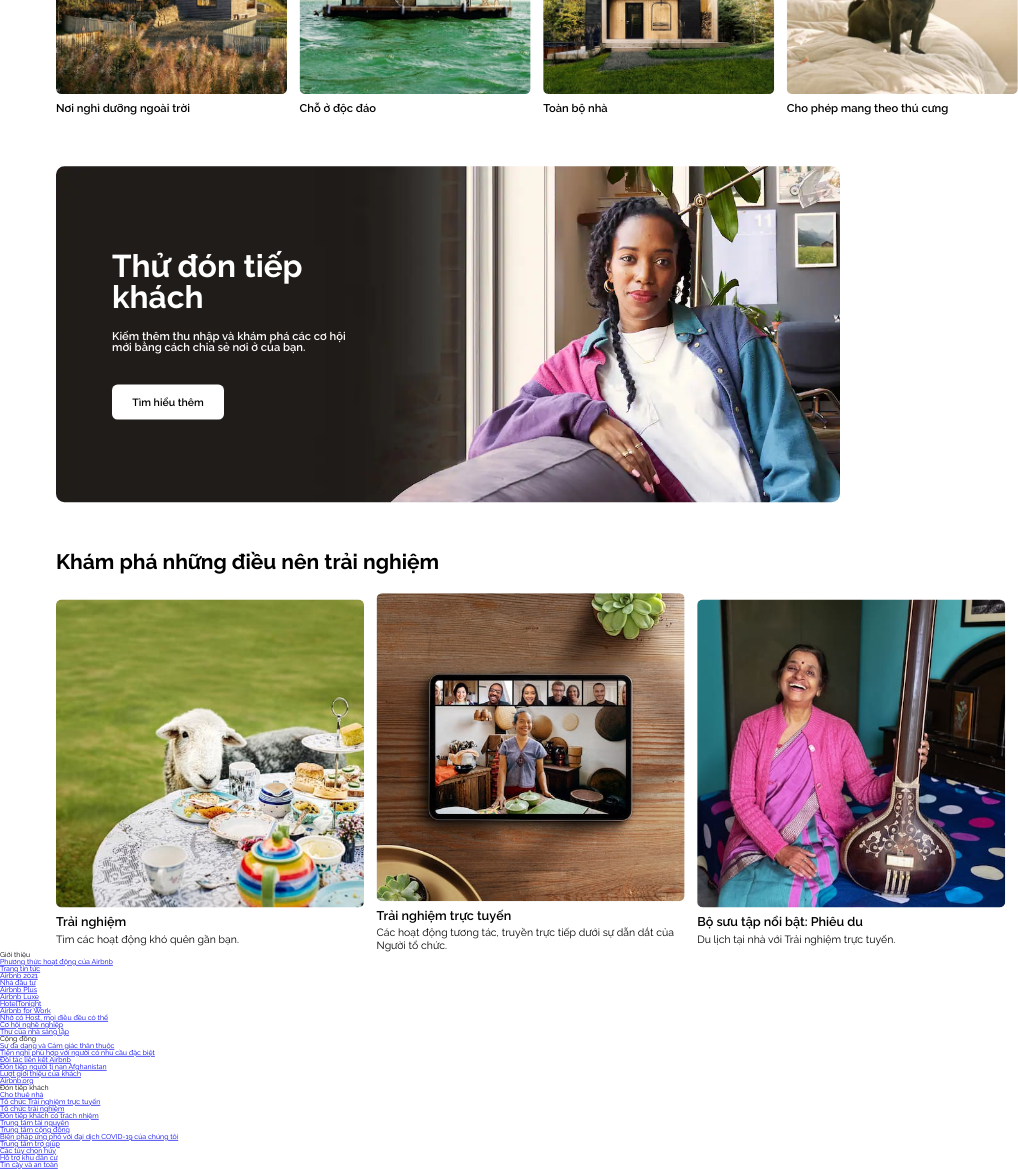
Repository: vanntrong/airbnb-clone
Page: index.html
These files come from the project's save history. The page is drawn as it stood at one moment and after the next save; the edit follows.
The browser window is 1280 px wide. The page is 1454 px wide, so the pictures cover 1454 px, including what lies to the right of the window. The pictures show the part of the page from y = 978 to 2658 px (the page is 2648 px tall before and 2658 px after), at 70% of full size.

Above is the page before, as saved 2021-09-23 16:46:17.

### index.html
<!DOCTYPE html>
<html lang="en">
  <head>
    <meta charset="UTF-8" />
    <meta http-equiv="X-UA-Compatible" content="IE=edge" />
    <meta name="viewport" content="width=device-width, initial-scale=1.0" />
    <title>AirBnB</title>
    <link href="https://fonts.googleapis.com/css2?family=Material+Icons" rel="stylesheet" />
    <link rel="preconnect" href="https://fonts.googleapis.com" />
    <link rel="preconnect" href="https://fonts.gstatic.com" crossorigin />
    <link rel="preconnect" href="https://fonts.googleapis.com" />
    <link rel="preconnect" href="https://fonts.gstatic.com" crossorigin />
    <link
      href="https://fonts.googleapis.com/css2?family=Raleway:wght@200;300;400;500;600;700&display=swap"
      rel="stylesheet"
    />
    <link href="https://fonts.googleapis.com/css2?family=Material+Icons+Outlined" rel="stylesheet" />
    <link href="https://fonts.googleapis.com/css2?family=Material+Icons+Round" rel="stylesheet" />
    <link href="https://fonts.googleapis.com/css2?family=Material+Icons+Sharp" rel="stylesheet" />
    <link href="https://fonts.googleapis.com/css2?family=Material+Icons+Two+Tone" rel="stylesheet" />
    <link rel="stylesheet" href="./assets/css/reset.css" />
    <link rel="stylesheet" href="./assets/css/base.css" />
    <link rel="stylesheet" href="./assets/css/style.css" />
  </head>
  <body>
    <header class="header">
      <div class="header__covid">
        <a href="https://covid19.gov.vn/">Nhận thông tin mới nhất về biện pháp ứng phó COVID-19 của chúng tôi</a>
      </div>
      <div class="header__container">
        <nav class="header__nav">
          <div class="header__logo">
            <a href="" class="header__logo-link">
              <img src="./assets/images/logo.png" alt="Logo AirBnb" class="header__logo-img" />
              <span class="header__logo-name">airbnb</span>
            </a>
          </div>
          <div class="header__exp">
            <ul class="header__exp-list">
              <li class="header__exp-item">
                <div class="header-exp-link active">Nơi ở</div>
              </li>
              <li class="header__exp-item">
                <div class="header-exp-link">Trải nghiệm</div>
              </li>
              <li class="header__exp-item">
                <div class="header-exp-link">Trải nghiệm trực tuyến</div>
              </li>
            </ul>
          </div>
          <div class="header__user">
            <div class="header__user-register">
              <span>Trở thành chủ nhà</span>
            </div>
            <div class="header__user-language">
              <span class="material-icons-outlined"> language </span>
            </div>
            <div class="header__user-menu">
              <span class="material-icons-outlined header__user-icon"> menu </span>
              <img src="./assets/images/user-avatar.png" class="header__user-avatar" />
            </div>
          </div>
        </nav>

        <div class="header__search">
          <div class="header__search-place">
            <h4 class="header__search-text">Địa điểm</h4>
            <input type="text" placeholder="Bạn sắp đi đâu ?" class="header__search-input" />
          </div>
          <div class="header__search-room">
            <h4 class="header__search-text">Nhận phòng</h4>
            <p class="header__add-date">Thêm ngày</p>
          </div>
          <div class="header__search-room">
            <h4 class="header__search-text">Trả phòng</h4>
            <p class="header__add-date">Thêm ngày</p>
          </div>
          <div class="header__search-guest">
            <div class="header__search-wrapper">
              <h4 class="header__search-text">Khách</h4>
              <p class="header__add-date">Thêm khách</p>
            </div>
            <div class="header-guest-search">
              <span class="material-icons-outlined"> search </span>
              <!-- <p class="header-guest-text">Tìm kiếm</p> -->
            </div>
          </div>
        </div>

        <div class="header__title">
          <h2 class="header__title-text">Bạn chưa biết nên đi đâu? Tuyệt!</h2>
          <div class="header__title-btn"><span>Tìm kiếm linh hoạt</span></div>
        </div>
      </div>
    </header>
    <div class="banner">
      <h2 class="banner__heading">Ở bất cứ đâu</h2>
      <div class="banner__container">
        <ul class="banner__list">
          <li class="banner__item">
            <img src="./assets/images/banner/banner1.png" class="banner__item-img" />
            <span class="banner__item-text">Nơi nghỉ dưỡng ngoài trời</span>
          </li>
          <li class="banner__item">
            <img src="./assets/images/banner/banner2.png" class="banner__item-img" />
            <span class="banner__item-text">Chỗ ở độc đáo</span>
          </li>
          <li class="banner__item">
            <img src="./assets/images/banner/banner3.png" class="banner__item-img" />
            <span class="banner__item-text">Toàn bộ nhà</span>
          </li>
          <li class="banner__item">
            <img src="./assets/images/banner/banner4.png" class="banner__item-img" />
            <span class="banner__item-text">Cho phép mang theo thú cưng</span>
          </li>
        </ul>
      </div>
    </div>
    <div class="container">
      <div class="container__top">
        <div class="container__top-title">
          <h2 class="container-title-heading">Thử đón tiếp khách</h2>
          <p class="container-title-text">
            Kiếm thêm thu nhập và khám phá các cơ hội mới bằng cách chia sẻ nơi ở của bạn.
          </p>
          <div class="container-title-btn"><span>Tìm hiểu thêm</span></div>
        </div>
      </div>
      <div class="container__bottom">
        <h2 class="container__bottom-heading">Khám phá những điều nên trải nghiệm</h2>
        <ul class="container__bottom-list">
          <li class="container__bottom-item">
            <img src="./assets/images/container/container__item-1.png" class="container__item-img" />
            <h4 class="container__item-heading">Trải nghiệm</h4>
            <p class="container__item-text">Tìm các hoạt động khó quên gần bạn.</p>
          </li>
          <li class="container__bottom-item">
            <img src="./assets/images/container/container__item-2.png" class="container__item-img" />
            <h4 class="container__item-heading">Trải nghiệm trực tuyến</h4>
            <p class="container__item-text">
              Các hoạt động tương tác, truyền trực tiếp dưới sự dẫn dắt của Người tổ chức.
            </p>
          </li>
          <li class="container__bottom-item">
            <img src="./assets/images/container/container__item-3.png" class="container__item-img" />
            <h4 class="container__item-heading">Bộ sưu tập nổi bật: Phiêu du</h4>
            <p class="container__item-text">Du lịch tại nhà với Trải nghiệm trực tuyến.</p>
          </li>
        </ul>
      </div>
    </div>
    <footer class="footer">
      <div class="footer__top">
        <ul class="footer__top-list">
          <span>Giới thiệu</span>
          <li class="footer__top-item"><a href="#">Phương thức hoạt động của Airbnb</a></li>
          <li class="footer__top-item"><a href="#">Trang tin tức</a></li>
          <li class="footer__top-item"><a href="#">Airbnb 2021</a></li>
          <li class="footer__top-item"><a href="#">Nhà đầu tư</a></li>
          <li class="footer__top-item"><a href="#">Airbnb Plus</a></li>
          <li class="footer__top-item"><a href="#">Airbnb Luxe</a></li>
          <li class="footer__top-item"><a href="#">HotelTonight</a></li>
          <li class="footer__top-item"><a href="#">Airbnb for Work</a></li>
          <li class="footer__top-item"><a href="#">Nhờ có Host, mọi điều đều có thể</a></li>
          <li class="footer__top-item"><a href="#">Cơ hội nghề nghiệp</a></li>
          <li class="footer__top-item">
            <a href="#">Thư của nhà sáng lập</a>
          </li>
        </ul>
        <ul class="footer__top-list">
          <span>Cộng đồng</span>
          <li class="footer__top-item">
            <a href="#" class="footer__item-link">Sự đa dạng và Cảm giác thân thuộc</a>
          </li>
          <li class="footer__top-item">
            <a href="#" class="footer__item-link">Tiện nghi phù hợp với người có nhu cầu đặc biệt</a>
          </li>
          <li class="footer__top-item">
            <a href="#" class="footer__item-link">Đối tác liên kết Airbnb</a>
          </li>
          <li class="footer__top-item">
            <a href="#" class="footer__item-link">Đón tiếp người tị nạn Afghanistan</a>
          </li>
          <li class="footer__top-item">
            <a href="#" class="footer__item-link">Lượt giới thiệu của khách</a>
          </li>
          <li class="footer__top-item">
            <a href="#" class="footer__item-link">Airbnb.org</a>
          </li>
        </ul>
        <ul class="footer__top-list">
          <span>Đón tiếp khách</span>
          <li class="footer__top-item">
            <a href="#" class="footer__item-link">Cho thuê nhà</a>
          </li>
          <li class="footer__top-item">
            <a href="#" class="footer__item-link">Tổ chức Trải nghiệm trực tuyến</a>
          </li>
          <li class="footer__top-item">
            <a href="#" class="footer__item-link">Tổ chức trải nghiệm</a>
          </li>
          <li class="footer__top-item">
            <a href="#" class="footer__item-link">Đón tiếp khách có trách nhiệm</a>
          </li>
          <li class="footer__top-item">
            <a href="#" class="footer__item-link">Trung tâm tài nguyên</a>
          </li>
          <li class="footer__top-item">
            <a href="#" class="footer__item-link"> Trung tâm cộng đồng </a>
          </li>
        </ul>
        <ul class="footer__top-list">
          <li class="footer__top-item">
            <a href="#" class="footer__item-link">Biện pháp ứng phó với đại dịch COVID-19 của chúng tôi</a>
          </li>
          <li class="footer__top-item">
            <a href="#" class="footer__item-link">Trung tâm trợ giúp</a>
          </li>
          <li class="footer__top-item">
            <a href="#" class="footer__item-link">Các tùy chọn hủy</a>
          </li>
          <li class="footer__top-item">
            <a href="#" class="footer__item-link">Hỗ trợ khu dân cư</a>
          </li>
          <li class="footer__top-item">
            <a href="#" class="footer__item-link">Tin cậy và an toàn</a>
          </li>
        </ul>
      </div>
    </footer>
  </body>
</html>

### assets/css/base.css
html {
  font-family: "Raleway", sans-serif;
  font-size: 62.5%;
}
* {
  box-sizing: border-box;
}

:root {
  --text-color: #484848;
}

### assets/css/style.css
.header {
  width: 100%;
}

.header__covid {
  width: 100%;
  height: 58px;
  background-color: #222;
}

.header__covid a {
  display: inline-block;
  position: relative;
  left: 50%;
  top: 50%;
  transform: translate(-50%, -50%);
  color: #a3a3a3;
  font-size: 1.5rem;
  font-weight: 400;
}

.header__covid a:hover {
  color: #5c5c5c;
}

.header__container {
  width: 100%;
  background-image: url("../images/background.jpg");
  background-size: contain;
  height: 620px;
}

.header__nav {
  padding: 16px 80px;
  display: flex;
  align-items: flex-start;
  justify-content: space-between;
}

.header__logo {
}

.header__logo-link {
  text-decoration: none;
  color: #fff;
  font-size: 2.4rem;
  display: flex;
  align-items: center;
  font-weight: 600;
}

.header__logo-img {
  width: 40px;
  height: 46px;
  margin-right: 6px;
}

.header__exp {
  margin-top: 10px;
  margin-left: 175px;
}

.header__exp-list {
  display: flex;
  align-items: center;
}

.header-exp-link {
  color: #fff;
  font-size: 1.6rem;
  font-weight: 400;
  margin: 0 12px;
  position: relative;
  cursor: pointer;
}

.header-exp-link::after {
  content: "";
  position: absolute;
  width: 18px;
  height: 2px;
  bottom: -13px;
  left: 50%;
  transform: translateX(-50%);
  background-color: #fff;
  display: none;
}

.header-exp-link:hover {
  display: block;
  opacity: 0.6;
}

.header-exp-link:hover::after {
  display: block;
}

.header-exp-link.active::after {
  display: block;
  opacity: unset;
}

.active:hover {
  opacity: unset;
  cursor: default;
}

.header__user {
  display: flex;
  align-items: center;
}

.header__user-register {
  font-size: 1.4rem;
  font-weight: 600;
  padding: 16px;
  border-radius: 35px;
  margin-right: 10px;
  color: #fff;
}

.header__user-register:hover {
  background: rgba(238, 238, 238, 0.2);
  cursor: pointer;
}

.header__user-language {
  color: #fff;
  padding: 16px;
  margin: 0 12px 0 -14px;
  border-radius: 35px;
}

.header__user-language:hover {
  background: rgba(238, 238, 238, 0.2);
  cursor: pointer;
}

.header__user-language span {
  font-size: 2rem;
}

.header__user-menu {
  display: flex;
  align-items: center;
  padding: 4px;
  background-color: #fff;
  border-radius: 25px;
  cursor: pointer;
  border: 1px solid rgba(221, 221, 221, 0.8);
}

.header__user-icon {
  padding: 4px 6px 4px 10px;
}

.header__user-avatar {
  width: 32px;
}

.header__search {
  display: flex;
  align-items: center;
  justify-content: space-between;
  max-width: 850px;
  margin: auto;
  background-color: #fff;
  border-radius: 35px;
  /* box-shadow: 0 2px 2px #d0d0b7; */
}

.header__search-place {
  flex-grow: 2;
  padding: 16px 24px;
  height: 100%;
  position: relative;
}

.header__search-place::after {
  content: "";
  width: 0.5px;
  height: 50%;
  position: absolute;
  background-color: #ddd;
  top: 50%;
  transform: translateY(-50%);
  right: 0;
  display: block;
}

.header__search-place:hover {
  background-color: #eee;
  border-radius: 40px;
  cursor: pointer;
}

.header__search-place:hover::after {
  display: none;
}

.header__search-text {
  font-size: 1.2rem;
  font-weight: 700;
  margin-bottom: 6px;
}

.header__search-input {
  width: 100%;
  border: none;
  background-color: transparent;
  font-size: 1.4rem;
  outline: none;
}

.header__search-room {
  flex-grow: 1;
  height: 100%;
  padding: 16px 24px;
  position: relative;
}

.header__search-room::after {
  content: "";
  position: absolute;
  background-color: #ddd;
  width: 1px;
  height: 50%;
  top: 50%;
  right: 0;
  transform: translateY(-50%);
  display: block;
}

.header__search-room:hover {
  background-color: #eee;
  border-radius: 40px;
  cursor: pointer;
}

.header__search-room:hover::after {
  display: none;
}

.header__add-date {
  font-size: 1.3rem;
  color: var(--text-color);
}

.header__search-guest {
  height: 100%;
  flex-grow: 1;
  display: flex;
  justify-content: space-between;
  align-items: center;
}

.header__search-guest:hover {
  background-color: #eee;
  border-radius: 40px;
  cursor: pointer;
}

.header__search-wrapper {
  padding: 16px 24px;
}

.header-guest-search {
  background-color: #ff385c;
  color: #fff;
  width: 48px;
  height: 48px;
  border-radius: 40px;
  padding: 16px 24px;
  margin-right: 8px;
}

.header-guest-search span {
  display: inline-block;
  position: relative;
  left: 50%;
  top: 50%;
  transform: translate(-50%, -50%);
}

.header__title {
  margin-top: 185px;
  position: relative;
  left: 50%;
  transform: translateX(-50%);
  display: inline-block;
  cursor: pointer;
}
.header__title-text {
  font-size: 1.8rem;
  font-weight: 600;
}
.header__title-btn {
  margin-top: 20px;
  text-align: center;
  width: 100%;
  height: 60px;
  background-color: #fff;
  border-radius: 40px;
  box-shadow: 4px 4px 10px rgb(0 0 0 / 10%);
  display: flex;
  align-items: center;
  justify-content: center;
}
.header__title-btn span {
  display: block;
  font-size: 1.8rem;
  font-weight: 700;
  background-image: linear-gradient(0.25turn, #70019c, #ad0186);
  /* fill color text */
  background-clip: text;
  -webkit-background-clip: text;
  -webkit-text-fill-color: transparent;
}

.banner {
  margin-top: 40px;
  padding: 0 80px;
}

.banner__heading {
  margin-bottom: 35px;
  font-size: 3rem;
  font-weight: 700;
}

.banner__list {
  display: flex;
  align-items: center;
  justify-content: space-between;
}

.banner__item {
  margin-right: 18px;
  cursor: pointer;
}

.banner__item-img {
  width: 330px;
  border-radius: 8px;
}

.banner__item-text {
  margin-top: 10px;
  display: block;
  font-size: 1.6rem;
  font-weight: 600;
}

.container {
  padding: 0 80px;
}

.container__top {
  margin-top: 75px;
  height: 480px;
  background: url("../images/container/container__background.png");
  background-size: cover;
  background-repeat: no-repeat;
  border-radius: 12px;
  overflow: hidden;
}

.container__top-title {
  width: 365px;
  height: 245px;
  margin-top: 120px;
  margin-left: 80px;
  color: #fff;
}

.container-title-heading {
  font-size: 4.5rem;
  font-weight: 700;
  margin-bottom: 25px;
}

.container-title-text {
  font-size: 1.6rem;
  font-weight: 600;
}

.container-title-btn {
  margin-top: 45px;
  width: 160px;
  height: 50px;
  text-align: center;
  background-color: #fff;
  color: #000;
  display: flex;
  align-items: center;
  justify-content: center;
  font-size: 1.5rem;
  font-weight: 600;
  border-radius: 8px;
}

.container__bottom {
  margin-top: 70px;
}

.container__bottom-heading {
  font-size: 3rem;
  font-weight: 700;
  margin-bottom: 30px;
}

.container__bottom-list {
  display: flex;
  align-items: center;
  cursor: pointer;
}

.container__bottom-item {
  margin-right: 18px;
}

.container__item-img {
  width: 440px;
  border-radius: 8px;
}

.container__item-heading {
  margin-top: 10px;
  font-size: 1.8rem;
  font-weight: 600;
}

.container__item-text {
  margin-top: 6px;
  font-size: 1.5rem;
  line-height: 1.8rem;
}

Loaded but not shown: assets/css/reset.css (common file)

After the next save:
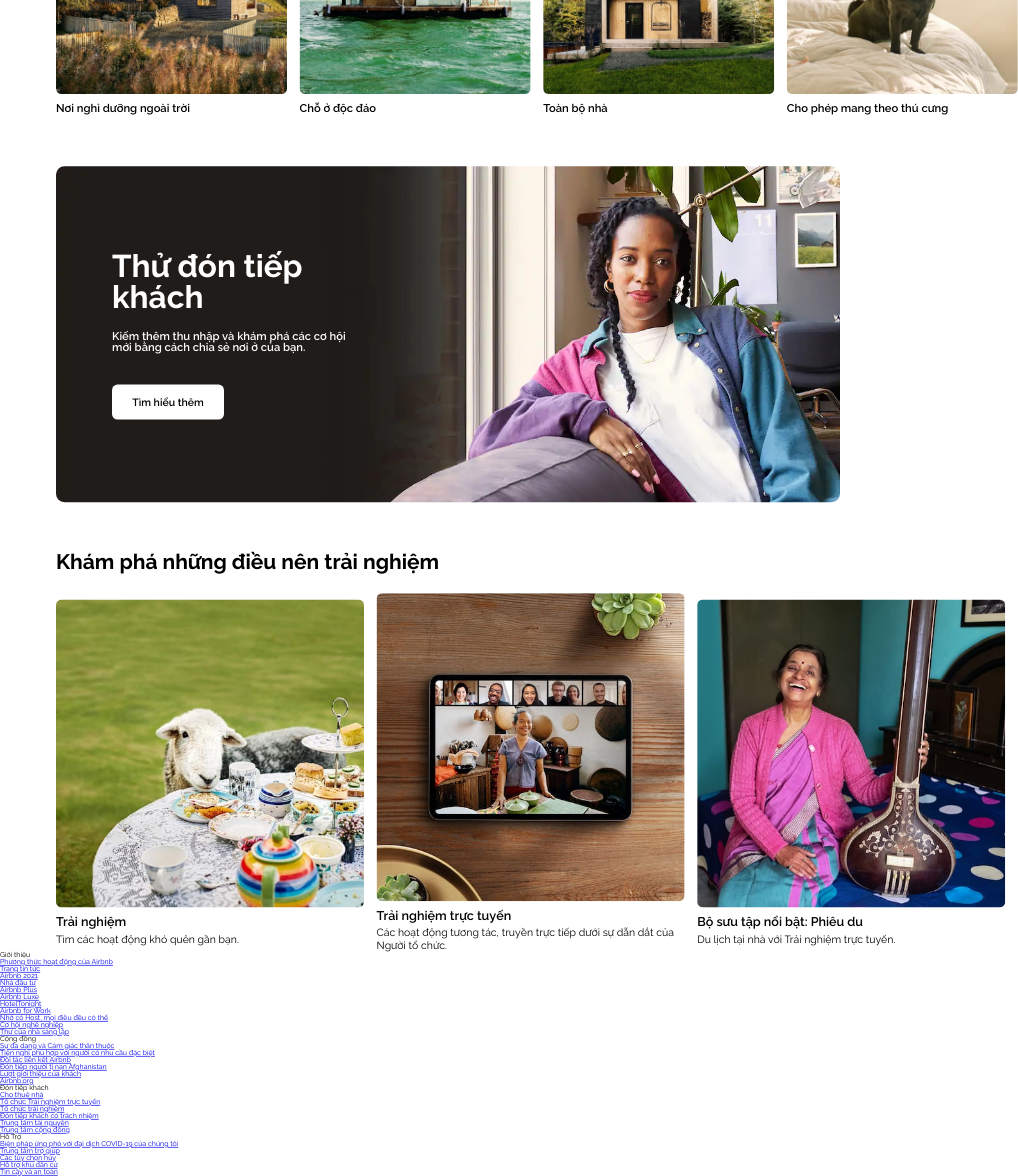
Saved 18 s later.
--- a/index.html
+++ b/index.html
@@ -210,6 +210,7 @@
           </li>
         </ul>
         <ul class="footer__top-list">
+          <span>Hỗ Trợ</span>
           <li class="footer__top-item">
             <a href="#" class="footer__item-link">Biện pháp ứng phó với đại dịch COVID-19 của chúng tôi</a>
           </li>
